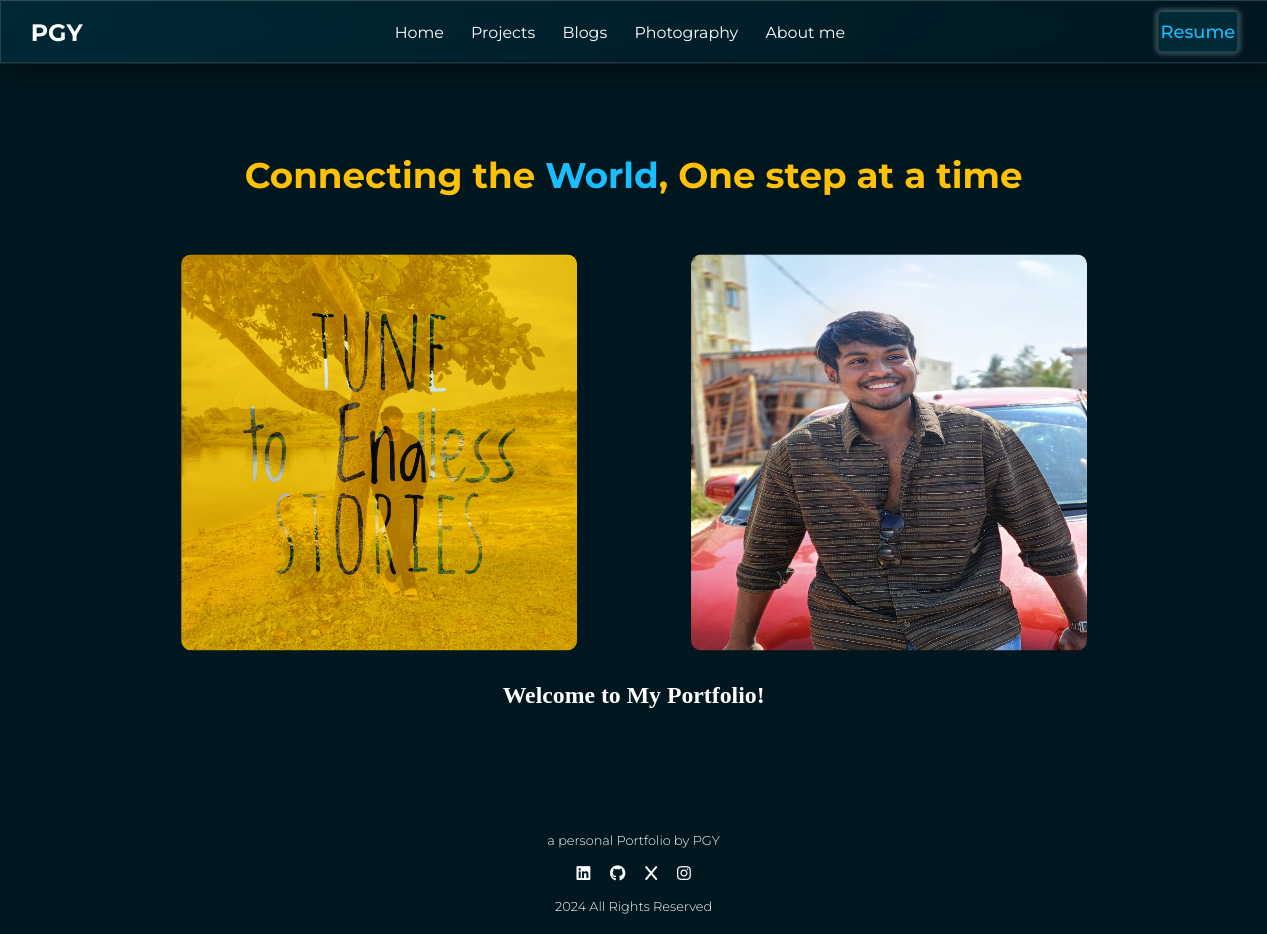
Repository: pgyunknown/pgyunknown
Page: blog.html
The author's editor kept a copy of each file at every save. The page is drawn from the files as they stood at one save, then again after the next save.
The browser window is 1280 px wide. The pictures show the whole page, at 99% of full size.
Some web libraries are served in a nearby version.

Above is the page before, as saved 2024-08-14 20:04:20.

After the next save:
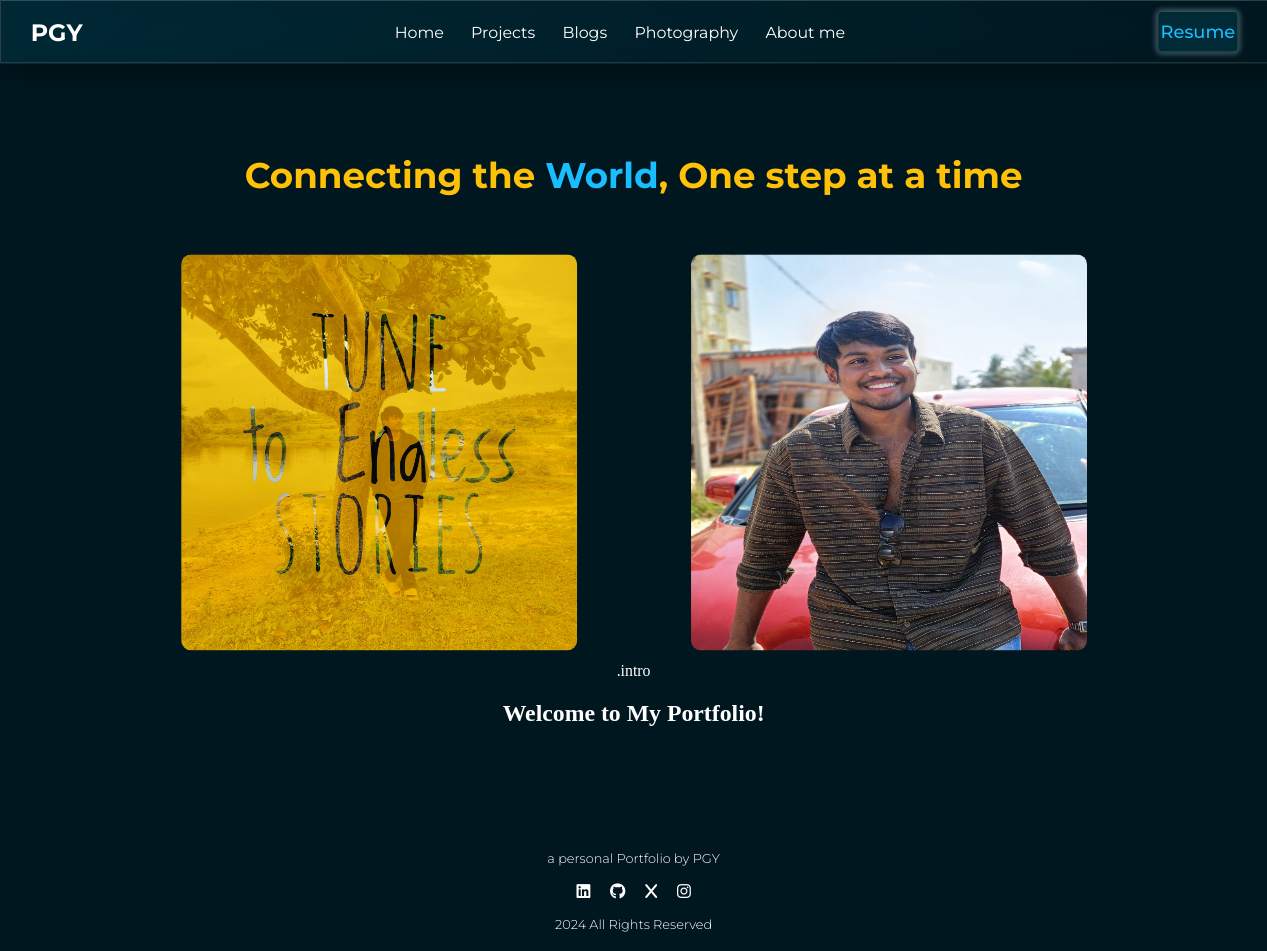
Saved 2 min 42 s later.
--- a/blog.html
+++ b/blog.html
@@ -34,6 +34,7 @@
         <div ><img src="imgs/personal.jpg" alt=""></div>
         <div ><img src="imgs/IMG20240227144332 (1).jpg" alt=""></div>
         </div>
+        .intro
         <article >
             <h1>Welcome to My Portfolio!</h1>
         </article>

After the 3 saves that followed:
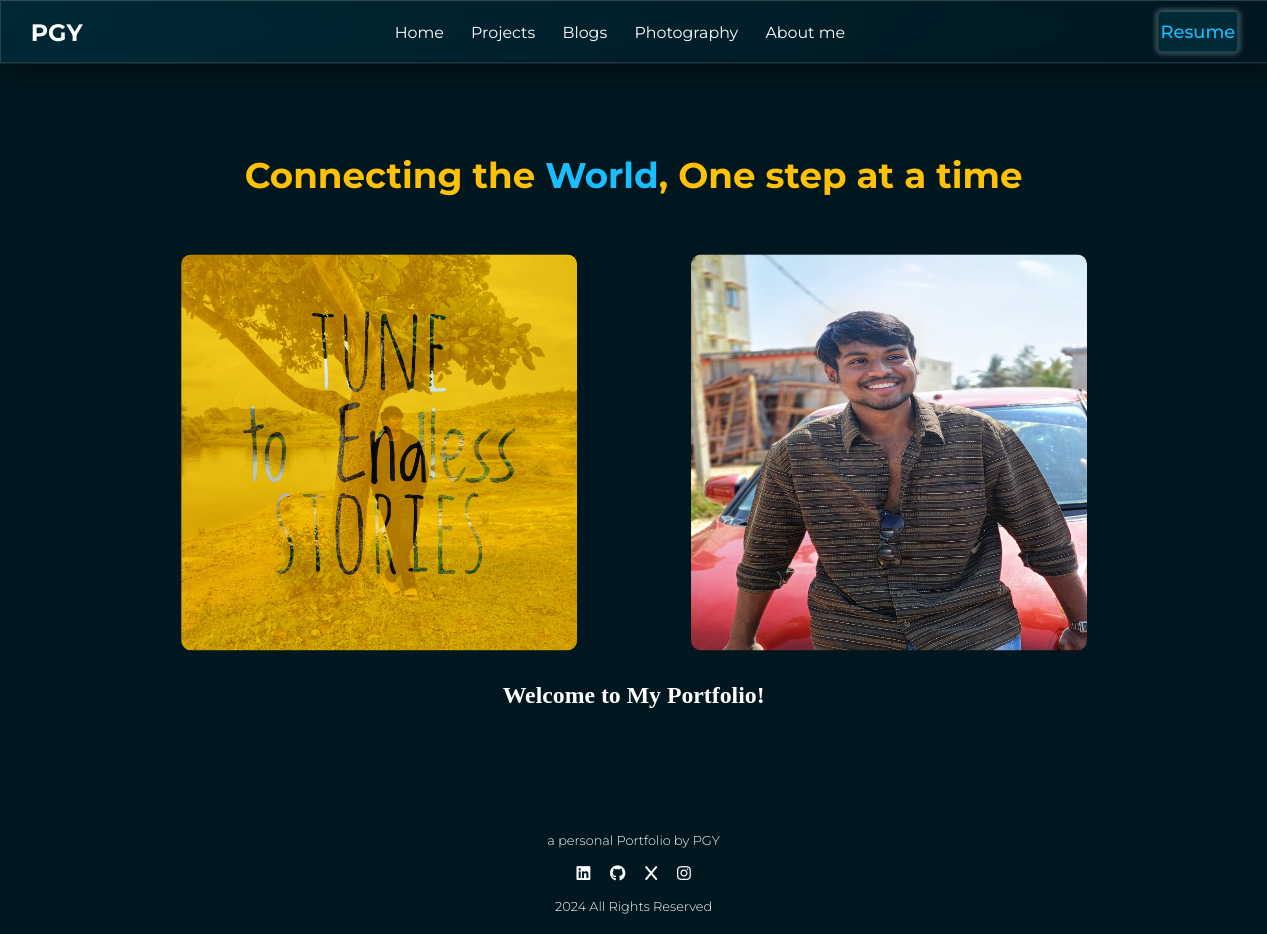
The 3 saves are shown as one change because they came seconds apart.
The last was saved 8 s later.
--- a/blog.html
+++ b/blog.html
@@ -34,7 +34,7 @@
         <div ><img src="imgs/personal.jpg" alt=""></div>
         <div ><img src="imgs/IMG20240227144332 (1).jpg" alt=""></div>
         </div>
-        .intro
+        <div class="blog_intro"></div>
         <article >
             <h1>Welcome to My Portfolio!</h1>
         </article>
